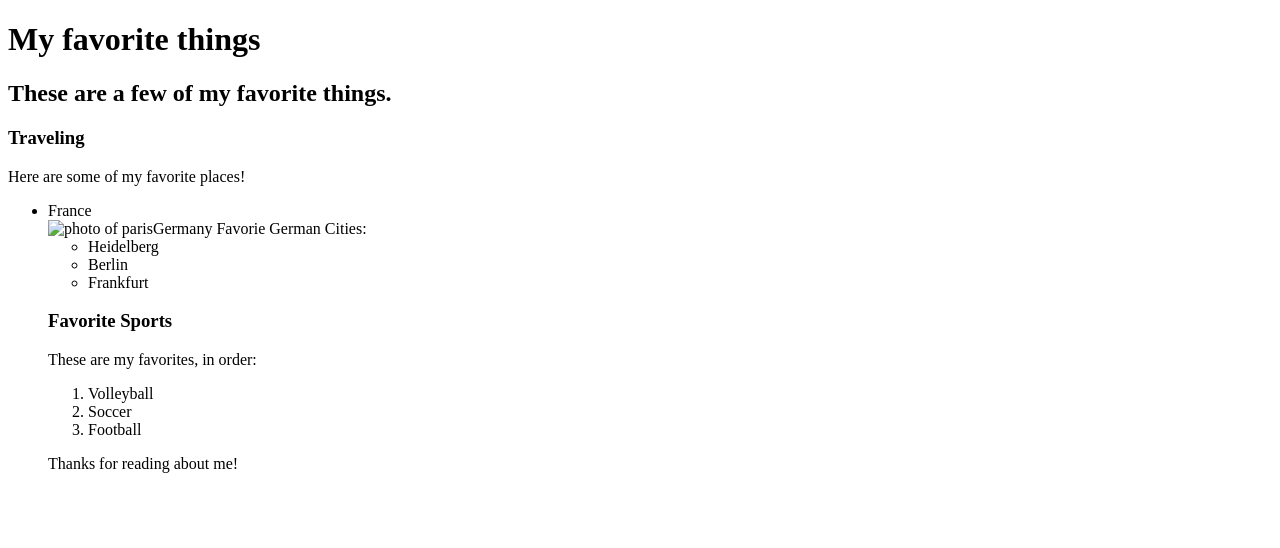
Repository: fieldceleste/my-first-webpage
Page: favorite-things.html
An editor plug-in stored every save of this project. The page is shown before and after the next save, followed by the edit.
The browser window is 1280 px wide. The pictures show the whole page.

Above is the page before, as saved 2019-10-23 19:07:53.
Not found: paris.jpeg

After the next save:
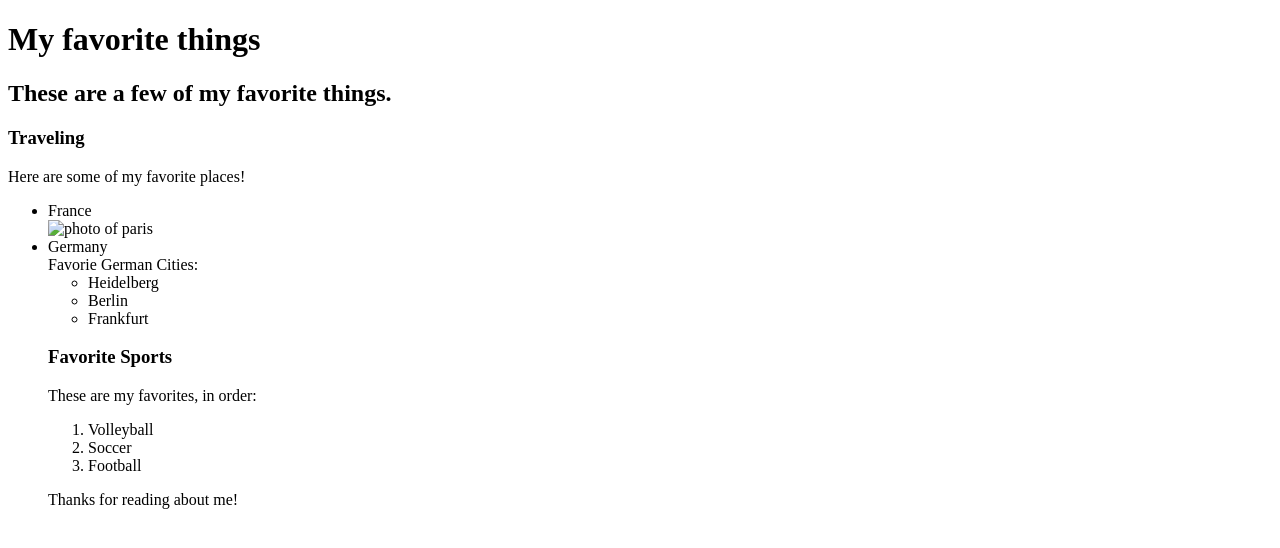
Saved 48 s later.
--- a/favorite-things.html
+++ b/favorite-things.html
@@ -10,7 +10,7 @@
     <h3>Traveling</h3>
     <p>Here are some of my favorite places!</p>
       <ul>
-        <li>France</li> <img src="paris.jpeg" alt="photo of paris"
+        <li>France</li> <img src="paris.jpeg" alt="photo of paris">
         <li>Germany</li>
         <l1>Favorie German Cities:</l1>
       <ul>
